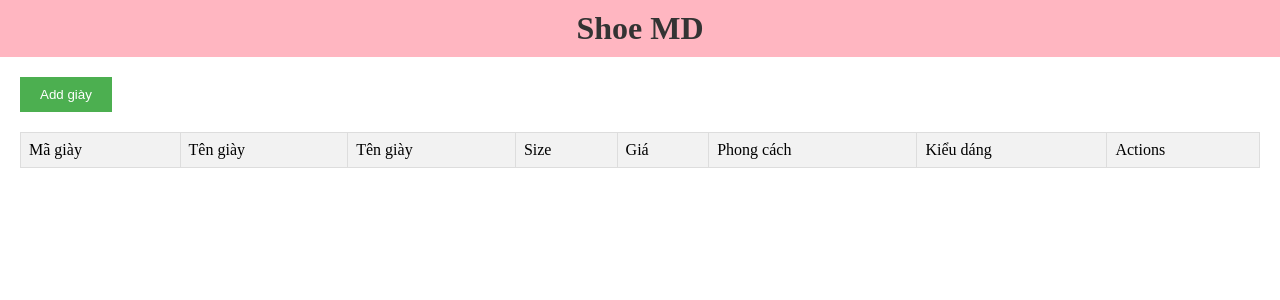
Repository: longsoisuaxe1a/shoe-md
Page: http://localhost/Project_Shoe/WEB-INF/view/admin-giay-manager.jsp
An editor plug-in stored every save of this project. The page is shown before and after the next save, followed by the edit.
The browser window is 1280 px wide. The pictures show the whole page.
The page is served by Tomcat 9. Nobody is signed in. The template is opened directly, without the code that normally fills it, so the values that code supplies are empty.

Above is the page before, as saved 2023-12-20 09:11:34.

After the next save:
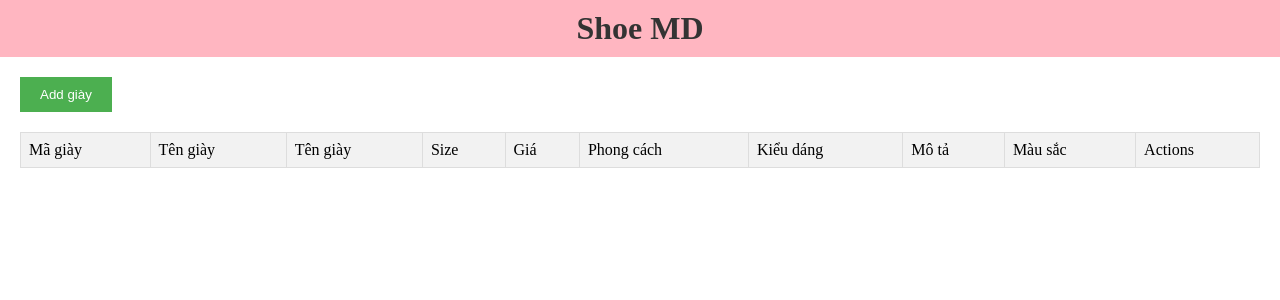
Saved 37 s later.
--- a/Project_Shoe/src/main/webapp/WEB-INF/view/admin-giay-manager.jsp
+++ b/Project_Shoe/src/main/webapp/WEB-INF/view/admin-giay-manager.jsp
@@ -71,6 +71,8 @@ table td {
                 <td>Giá</td>
                 <td>Phong cách</td>
                 <td>Kiểu dáng</td>
+                <td>Mô tả</td>
+                <td>Màu sắc</td>
                 <td>Actions</td>
             </tr>
             <c:forEach var="th" items="${giays }">
